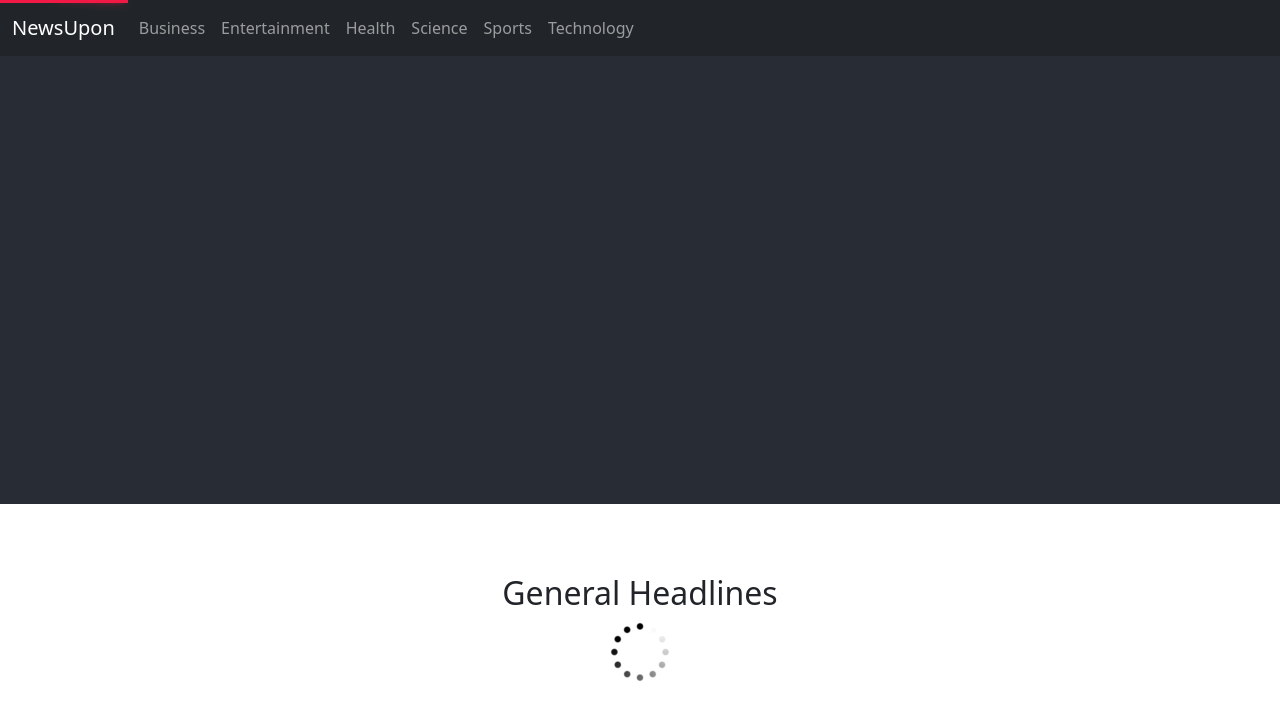
Repository: Akash33253/NewsUpon
Page: /
The author's editor kept a copy of each file at every save. The page is drawn from the files as they stood at one save, then again after the next save.
The browser window is 1280 px wide. The pictures show the whole page.
The page's requests for data from a server got no answer. The project was rebuilt for these pictures with package versions that can differ from the ones it lists, and the page was loaded fresh each time. No one was signed in, and anything a server would have sent is missing. Also part of the build but not shown: src/index.css, src/components/NewsItem.js.

Above is the page before, as saved 2022-11-12 22:58:34.

### public/index.html
<!DOCTYPE html>
<html lang="en">
  <head>
    <meta charset="utf-8" />
    <link rel="icon" href="%PUBLIC_URL%/favicon.ico" />
    <meta name="viewport" content="width=device-width, initial-scale=1" />
    <meta name="theme-color" content="#000000" />
    <meta
      name="description"
      content="NewsUpon is a free platform for daily doze of news. You can every type of news here for free."
    />
    <link rel="apple-touch-icon" href="%PUBLIC_URL%/logo192.png" />
    <link rel="manifest" href="%PUBLIC_URL%/manifest.json" />
    <link href="https://cdn.jsdelivr.net/npm/bootstrap@5.2.2/dist/css/bootstrap.min.css" rel="stylesheet" integrity="sha384-Zenh87qX5JnK2Jl0vWa8Ck2rdkQ2Bzep5IDxbcnCeuOxjzrPF/et3URy9Bv1WTRi" crossorigin="anonymous">
    <title>NewsUpon - FreeNews</title>
  </head>
  <body>
    <noscript>You need to enable JavaScript to run this app.</noscript>
    <div id="root"></div>
    <script src="https://cdn.jsdelivr.net/npm/bootstrap@5.2.2/dist/js/bootstrap.bundle.min.js" integrity="sha384-OERcA2EqjJCMA+/3y+gxIOqMEjwtxJY7qPCqsdltbNJuaOe923+mo//f6V8Qbsw3" crossorigin="anonymous"></script>
  </body>
</html>

### src/App.js
import './App.css';
import React,{useState} from 'react'
import Navbar from './components/Navbar';
import News from './components/News';
import LoadingBar from 'react-top-loading-bar'
import {
  BrowserRouter as Router,
  Routes,
  Route
} from "react-router-dom";

export default function App() {
  const country="in"
  const pageSize= 9
  const apiKey = process.env.REACT_APP_NEWS_API
  const [progress,setpro]=useState(0);
  const setProgress=(p)=>{
     setpro(p);
  }
  return (
    <div>
        <Router>
        <Navbar/>
        <LoadingBar
        color='#f11946'
        progress={progress}
        transitionTime={2000}
        shadow={true}
        height={3}
         />
         <Routes>
          <Route  exact path="/" element={<News setProgress={setProgress} apiKey={apiKey} key="1"pageSize={pageSize} country={country} category="general"/>}></Route>
          <Route  exact path="/business" element={<News setProgress={setProgress} apiKey={apiKey} key="2"pageSize={pageSize} country={country} category="business"/>}></Route>
          <Route  exact path="/entertainment" element={<News setProgress={setProgress} apiKey={apiKey} key="3"pageSize={pageSize} country={country} category="entertainment"/>}></Route>
          <Route  exact path="/health" element={<News setProgress={setProgress} apiKey={apiKey} key="4"pageSize={pageSize} country={country} category="health"/>}></Route>
          <Route  exact path="/science" element={<News setProgress={setProgress} apiKey={apiKey} key="5"pageSize={pageSize} country={country} category="science"/>}></Route>
          <Route  exact path="/sports" element={<News setProgress={setProgress} apiKey={apiKey} key="6"pageSize={pageSize} country={country} category="sports"/>}></Route>
          <Route  exact path="/technology" element={<News setProgress={setProgress} apiKey={apiKey} key="7"pageSize={pageSize} country={country} category="technology"/>}></Route>
        </Routes>
        </Router>
      </div>
  )
}

### src/App.css
.App {
  text-align: center;
}

.App-logo {
  height: 40vmin;
  pointer-events: none;
}

@media (prefers-reduced-motion: no-preference) {
  .App-logo {
    animation: App-logo-spin infinite 20s linear;
  }
}

.App-header {
  background-color: #282c34;
  min-height: 100vh;
  display: flex;
  flex-direction: column;
  align-items: center;
  justify-content: center;
  font-size: calc(10px + 2vmin);
  color: white;
}

.App-link {
  color: #61dafb;
}

@keyframes App-logo-spin {
  from {
    transform: rotate(0deg);
  }
  to {
    transform: rotate(360deg);
  }
}

#banner{
  width: 100%;
  height: 70vh;
  background-color: #282c34;
}

### src/components/Navbar.js
import { Link } from 'react-router-dom'
import React from 'react'

export default function Navbar() {
    return (
        <div>
            <nav className="navbar fixed-top navbar-expand-lg bg-dark navbar-dark">
                <div className="container-fluid">
                    <Link className="navbar-brand" to="/">NewsUpon</Link>
                    <button className="navbar-toggler" type="button" data-bs-toggle="collapse" data-bs-target="#navbarSupportedContent" aria-controls="navbarSupportedContent" aria-expanded="false" aria-label="Toggle navigation">
                        <span className="navbar-toggler-icon"></span>
                    </button>
                    <div className="collapse navbar-collapse" id="navbarSupportedContent">
                        <ul className="navbar-nav me-auto mb-2 mb-lg-0">
                            <li className="nav-item">
                                <Link Link className="nav-link" aria-current="page" to="/business">Business</Link>
                            </li>
                            <li className="nav-item">
                                <Link Link className="nav-link" aria-current="page" to="/entertainment">Entertainment</Link>
                            </li>
                            <li className="nav-item">
                                <Link Link className="nav-link" aria-current="page" to="/health">Health</Link>
                            </li>
                            <li className="nav-item">
                                <Link Link className="nav-link" aria-current="page" to="/science">Science</Link>
                            </li>
                            <li className="nav-item">
                                <Link Link className="nav-link" aria-current="page" to="/sports">Sports</Link>
                            </li>
                            <li className="nav-item">
                                <Link Link className="nav-link" aria-current="page" to="/technology">Technology</Link>
                            </li>
                        </ul>
                    </div>

                </div>
            </nav>
        </div>
    )
}

### src/components/News.js
import React,{useEffect,useState} from 'react'
import NewsItem from "./NewsItem";
import Spinner from "./Spinner";
import Banner from "./Banner"
import InfiniteScroll from "react-infinite-scroll-component";

export default function News(props) {
  const [article,setArticle]=useState([]);
  const [loading,setloading]=useState(true);
  const [page,setpage]=useState(1);
  const [totalResults,settotalResults]=useState(0);
  const capitalizeFirstLetter = (string)=> {
    return string.charAt(0).toUpperCase() + string.slice(1);
  }
  const updateNews = async()=>{
    props.setProgress(10)
    const url = `https://newsapi.org/v2/top-headlines?country=${props.country}&category=${props.category}&apiKey=${props.apiKey}&page=${page}&pageSize=${props.pageSize}`;
    setloading(true);
     let data = await fetch(url);
     props.setProgress(30)
     let parsedData = await data.json();
     props.setProgress(60)
     setArticle(parsedData.articles);
     settotalResults(parsedData.totalResults);
     setloading(false)
     props.setProgress(100)
   }
   const fetchMoreData =async () => {
    setpage(page+1)
    const url = `https://newsapi.org/v2/top-headlines?country=${props.country}&category=${props.category}&apiKey=${props.apiKey}&page=${page+1}&pageSize=${props.pageSize}`;
    let data = await fetch(url);
    let parsedData = await data.json();
    setArticle(article.concat(parsedData.articles))
    setloading(false)
  };
  useEffect(()=>{
    updateNews();
  },[])
  return (
    <>
      <Banner/>
     <div className="container my-3">
        <h2 className='text-center' style={{marginTop:"70px"}}>{capitalizeFirstLetter(props.category)} Headlines</h2>
      {loading&&<Spinner/>}
        <InfiniteScroll
          dataLength={article.length}
          next={fetchMoreData}
          hasMore={article.length!==totalResults}
          loader={<Spinner/>}
          >
        <div className="container">

        <div className="row">
          {!loading&&article.map((element) => {
            return <div className="col-md-4 my-2" key={element.url}>
                    <NewsItem
                    newsURL={element.url}
                    title={element.title?element.title.slice(0,45):""}
                    description={element.description?element.description.slice(0,88):""}
                    imgURL={element.urlToImage?element.urlToImage:"https://thumbs.dreamstime.com/b/tv-studio-live-broadcasting-recording-show-tv-news-program-studio-video-camera-lens-lights-positioned-stage-big-68406890.jpg"}
                    publishedAt={element.publishedAt?element.publishedAt:"- - - -"}
                    author={element.author?element.author:"Uknown"}
                    source={element.source.name?element.source.name:"Nil"}
                    />
                 </div>
          })}
        </div>
        </div>
          </InfiniteScroll>
      </div>
    </>
  )
}

### src/components/Spinner.js
import loading from './loading.gif'
import React from 'react'

export default function Spinner() {
  return (
    <div style={{display:"flex",justifyContent:"center"}}>
      <img src={loading} alt="loading" />
    </div>
  )
}

### src/components/Banner.js
import React from 'react'

export default function Banner() {
  return (
    <div id="banner">

    </div>
  )
}

Loaded but not shown: src/index.js (common file); src/reportWebVitals.js (common file); src/index.css (no copy from this time; the picture is the same without it)

After the next save:
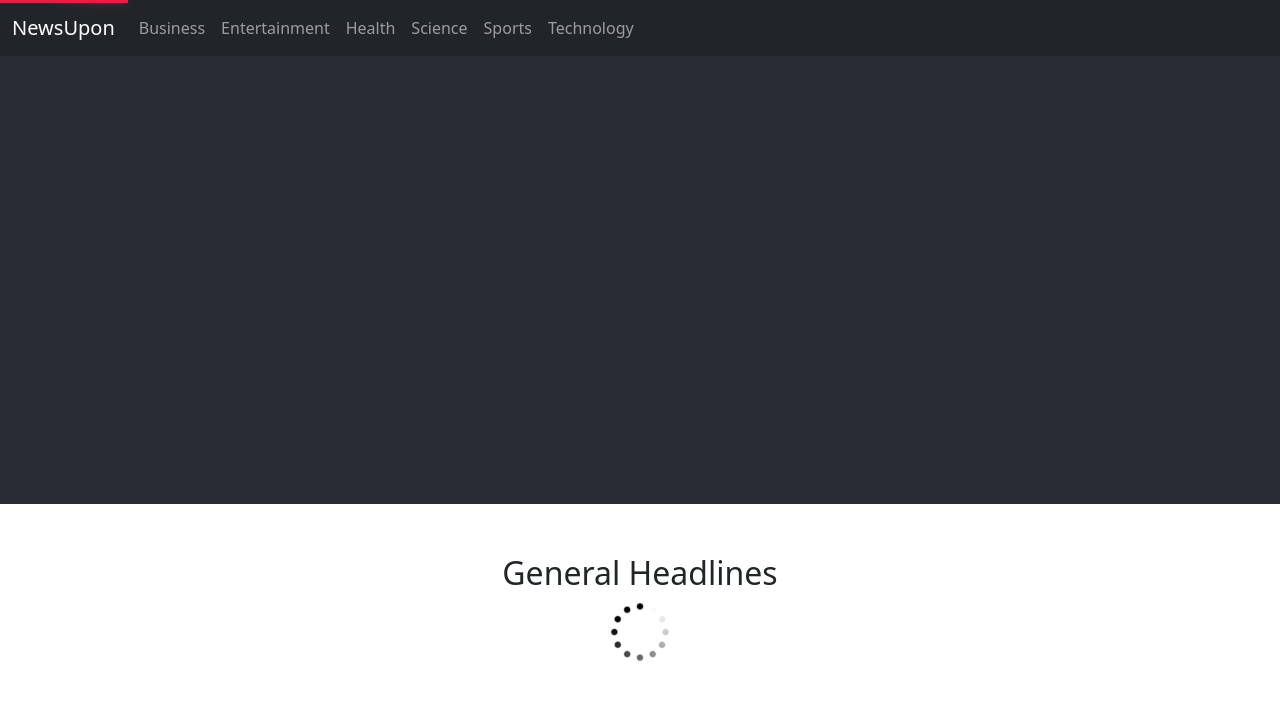
Saved 47 s later.
--- a/src/components/News.js
+++ b/src/components/News.js
@@ -40,7 +40,7 @@ export default function News(props) {
     <>
       <Banner/>
      <div className="container my-3">
-        <h2 className='text-center' style={{marginTop:"70px"}}>{capitalizeFirstLetter(props.category)} Headlines</h2>
+        <h2 className='text-center' style={{marginTop:"50px"}}>{capitalizeFirstLetter(props.category)} Headlines</h2>
       {loading&&<Spinner/>}
         <InfiniteScroll
           dataLength={article.length}
